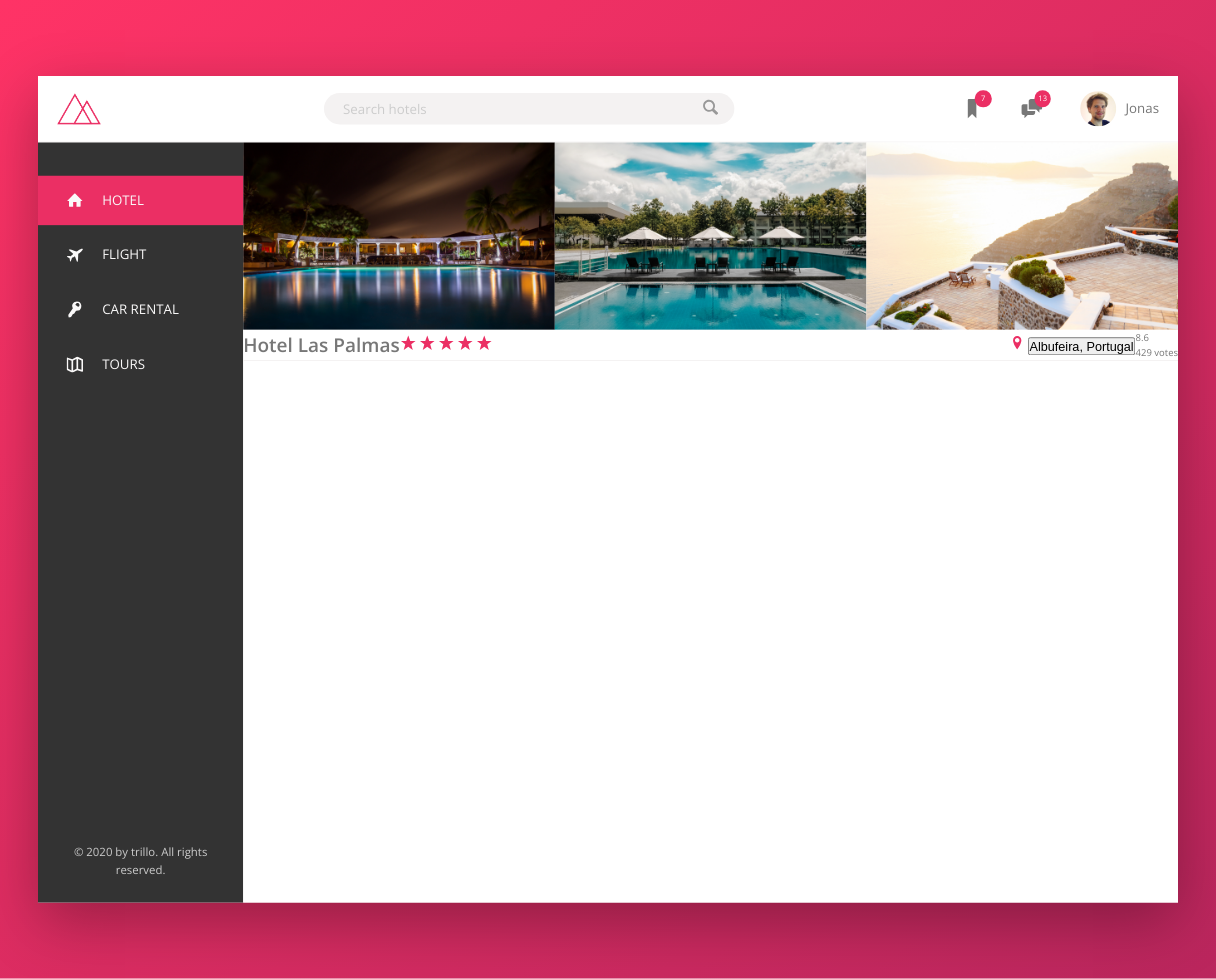
Repository: Lithium87/Trillo
Page: index.html
These files come from the project's save history. The page is drawn as it stood at one moment and after the next save; the edit follows.
The browser window is 1280 px wide. The pictures show the whole page, at 95% of full size.
The style sheet was rebuilt from its Sass, Less or Tailwind sources for each picture, by a compiler version that may differ from the author's.

Above is the page before, as saved 2020-05-16 22:13:47.

After the next save:
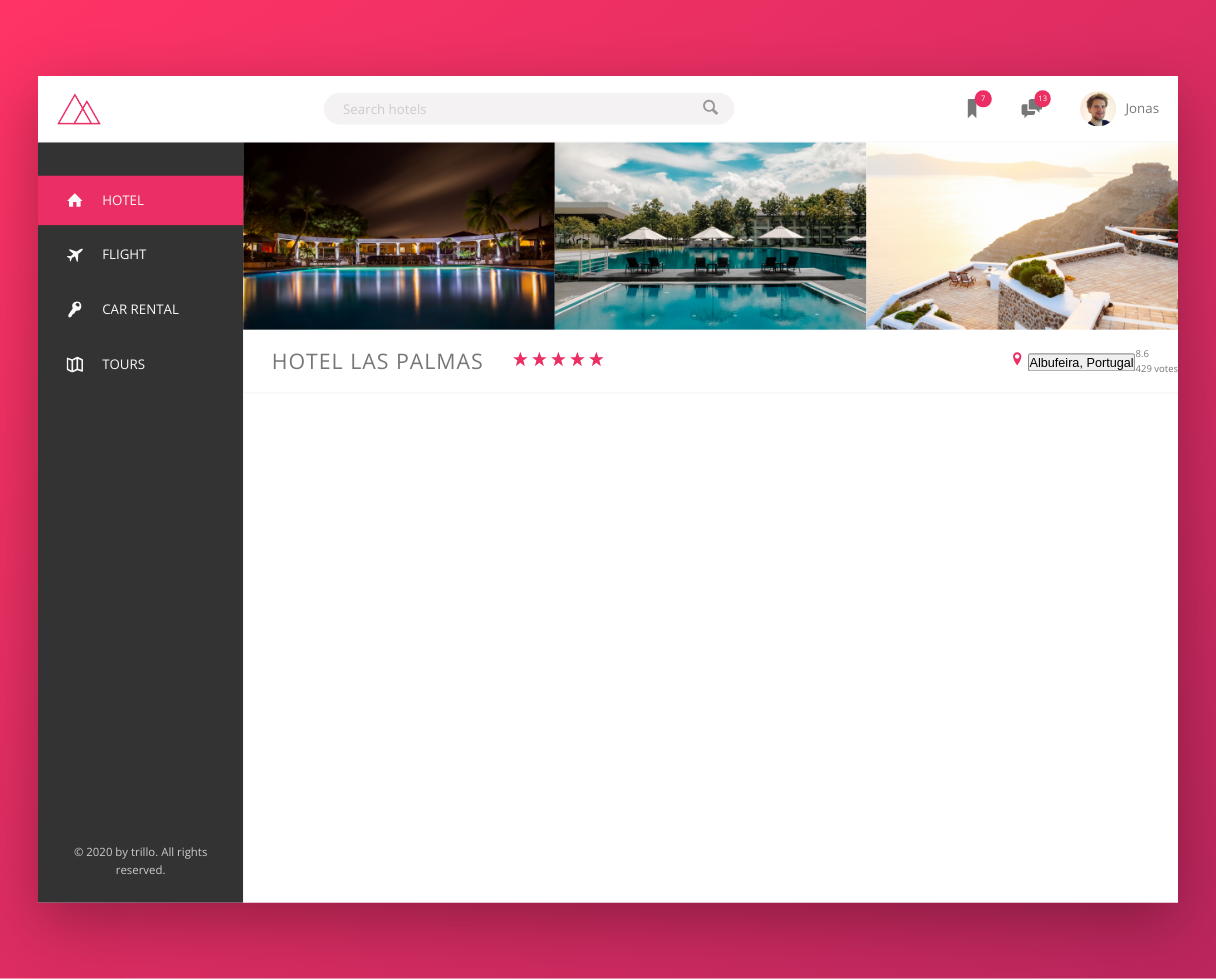
Saved 2 min 46 s later.
--- a/sass/_components.scss
+++ b/sass/_components.scss
@@ -174,7 +174,13 @@
     display: flex;
     align-items: center;
     border-bottom: 1px solid var(--color-grey-light-2);
-    &__heading {}
+    &__heading {
+        font-size: 2.25rem;
+        font-weight: 300;
+        text-transform: uppercase;
+        letter-spacing: 1px;
+        padding: 1.5rem 3rem;
+    }
     &__stars {
         margin-right: auto;
     }
